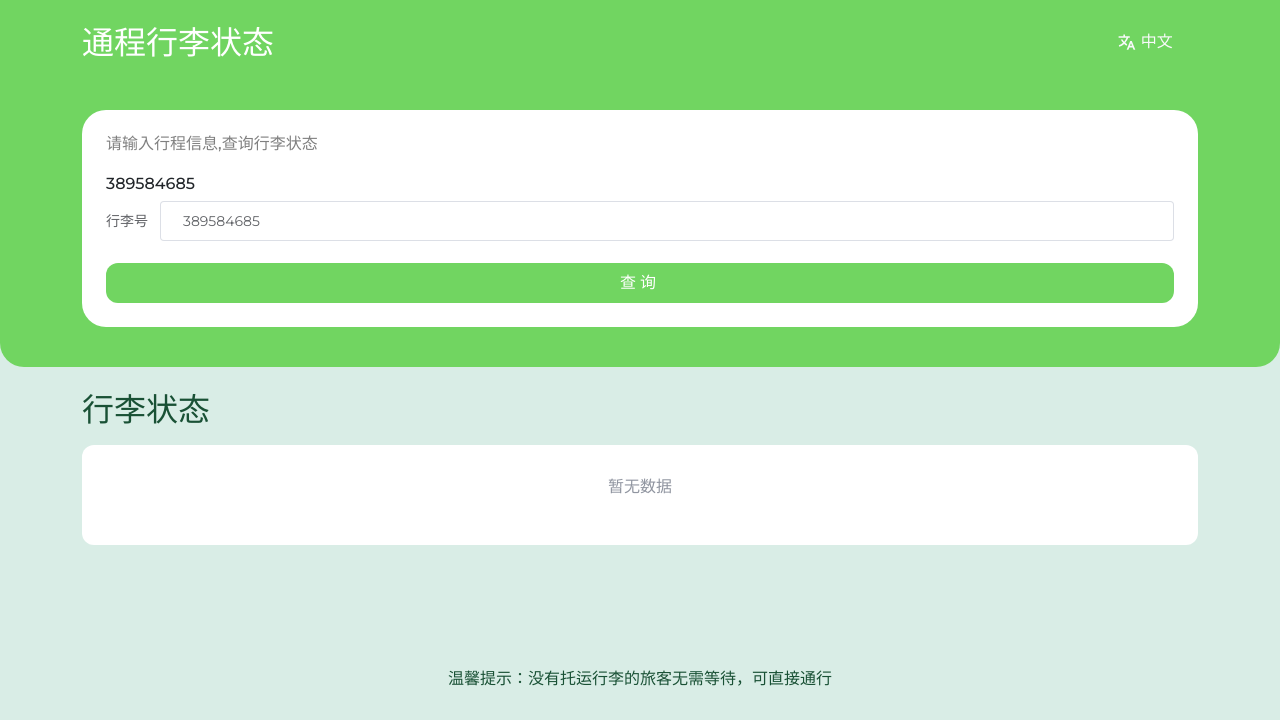
Repository: jhonMacTavish/through-baggage-web
Page: /
An editor plug-in stored every save of this project. The page is shown before and after the next save, followed by the edit.
The browser window is 1280 px wide. The pictures show the whole page.
The project was rebuilt for these pictures with package versions that can differ from the ones it lists, and the page was loaded fresh each time. Also part of the build but not shown: vite.config.js, src/components/Main copy.vue, src/components/Main.vue, src/components/NavBar.vue, src/components/Scanner.vue, src/views/Scanner.vue. Imported but missing from the stored project, and not drawn on this page: src/assets/icons/GlobeIcon.vue, src/assets/icons/LogoIcon.vue, src/assets/icons/ProfileIcon.vue, src/assets/icons/QuestionIcon.vue.

Above is the page before, as saved 2025-02-24 21:20:57.

After the next save:
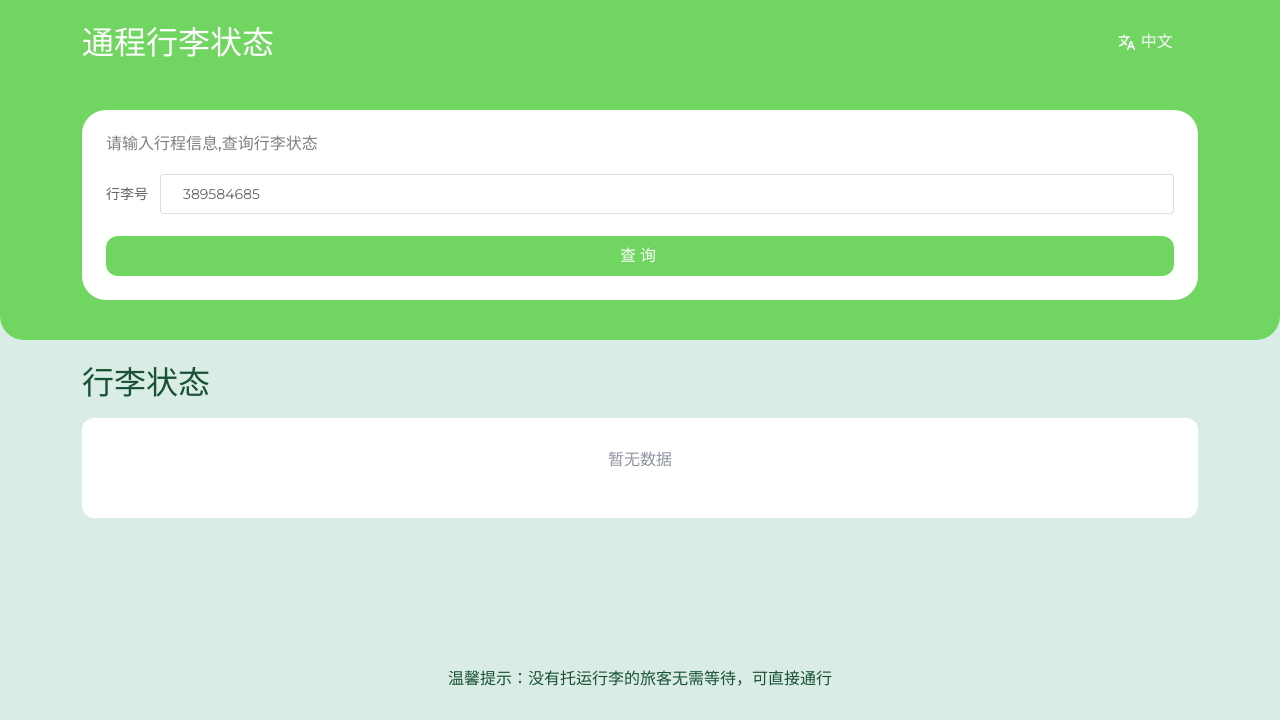
Saved 14 s later.
--- a/src/views/Home.vue
+++ b/src/views/Home.vue
@@ -58,7 +58,6 @@
     <div class="container">
       <div class="p-4 form-bg">
         <h6 class="form-title">{{ $t("messages.userText.formTitle") }}</h6>
-        <h6>{{ ruleForm.bagNo }}</h6>
         <el-form
           ref="ruleFormRef"
           :model="ruleForm"
